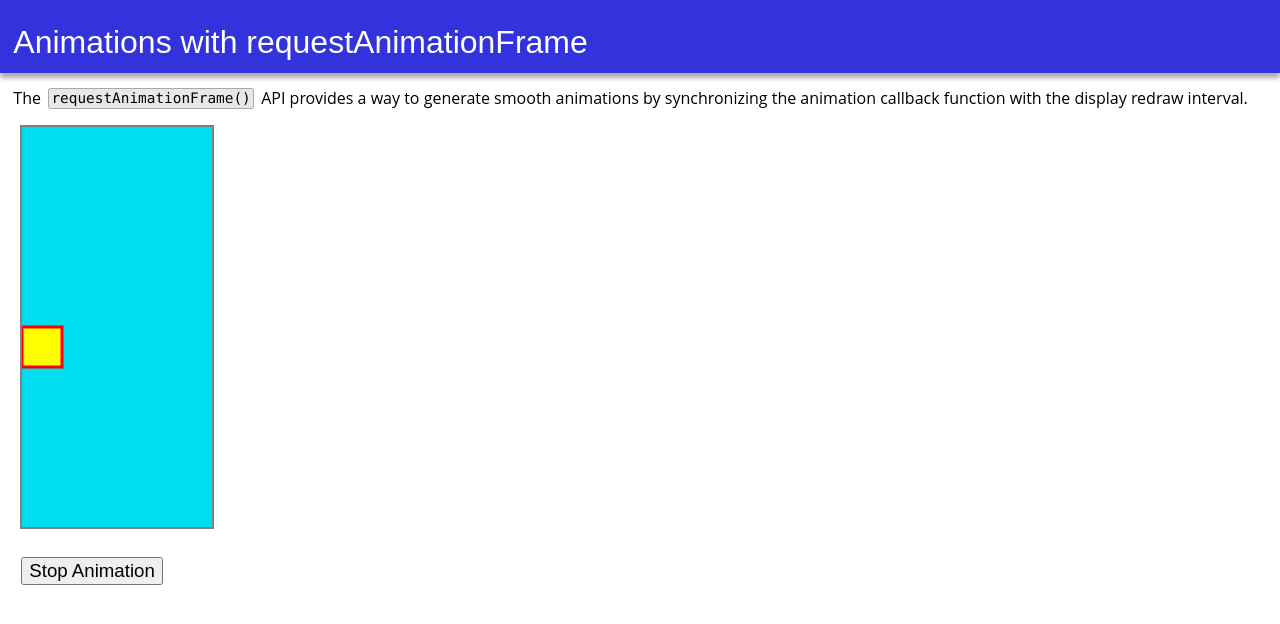
Repository: craig-o-curtis/browser-apis
Page: pages/animation.html
These files come from the project's save history. The page is drawn as it stood at one moment and after the next save; the edit follows.
The browser window is 1280 px wide. The pictures show the whole page.

Above is the page before, as saved 2020-05-14 11:01:18.

After the next save:
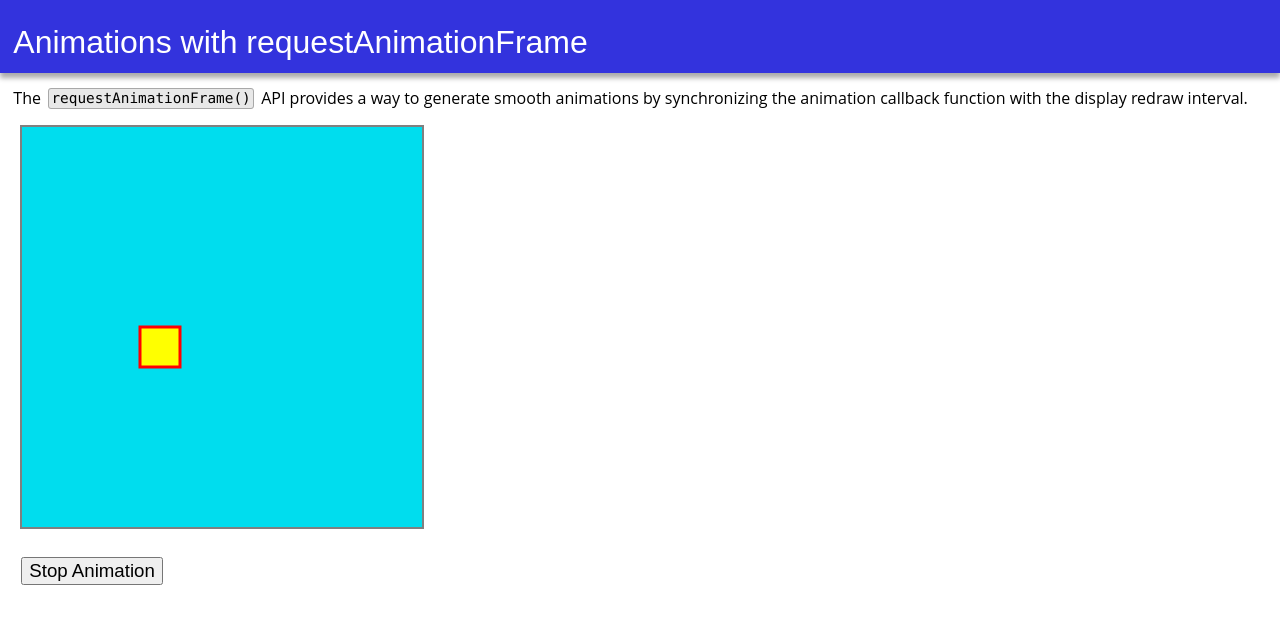
Saved 6 s later.
--- a/pages/animation.html
+++ b/pages/animation.html
@@ -10,7 +10,7 @@
         <div id="content">
             <p>The <code>requestAnimationFrame()</code> API provides a way to generate smooth animations by
                 synchronizing the animation callback function with the display redraw interval.</p>
-            <canvas width="190" height="400" id="canvas1">
+            <canvas width="400" height="400" id="canvas1">
                 Your browser does not support the Canvas element
             </canvas>
             <p>
